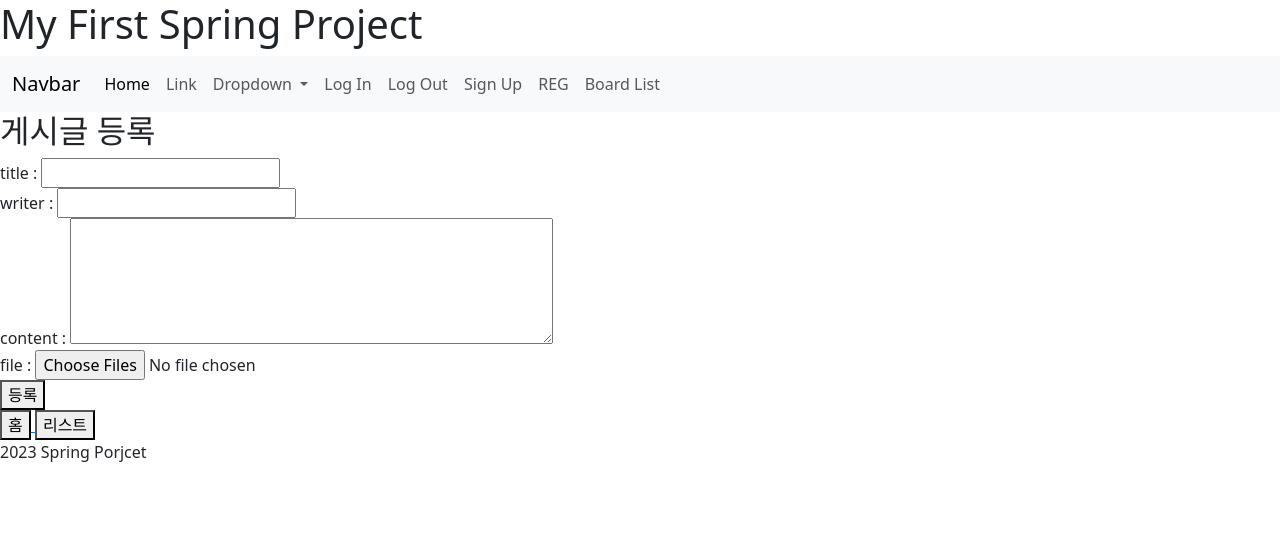
Repository: Leesunghoon1/ezenSpring
Page: http://localhost/spring-Test/WEB-INF/views/board/register.jsp
These files come from the project's save history. The page is drawn as it stood at one moment and after the next save; the edit follows.
The browser window is 1280 px wide. The pictures show the whole page.
The page is served by Tomcat 9. Nobody is signed in. Other server files are loaded and not shown. The template is opened directly, without the code that normally fills it, so the values that code supplies are empty.

Above is the page before, as saved 2023-10-12 07:54:09.

### spring-Test/src/main/webapp/WEB-INF/views/board/register.jsp
<%@ page language="java" contentType="text/html; charset=UTF-8"
    pageEncoding="UTF-8"%>
    <%@ taglib uri="http://java.sun.com/jsp/jstl/core" prefix="c" %>
<!DOCTYPE html>
<html>
<head>
<meta charset="UTF-8">
<title>Insert title here</title>
</head>
<body>
<jsp:include page="../layout/header.jsp"></jsp:include>
<h2> 게시글 등록 </h2>
<!-- mapping 상태는 get / post 가 별도의 mapping을 가짐  -->
<form action="/board/register" method="post">
	title : <input type="text" name="title"><br>
	writer : <input type="text" name="writer" value="${ses.id }" readonly="readonly"><br>
	content : <textarea rows="5" cols="50" name="content"></textarea><br>
	file : <input type="file" id="file" name="files" multiple="multiple"><br> <!-- multiple="multiple" 한번에 여러 파일을 업로드 가능하게 만들어줌 -->
	<button type="submit">등록</button>
</form>

<a href="/">
	<button type="button">홈</button>
</a>
<a href="/board/list">
	<button type="button">리스트</button>
</a>

<jsp:include page="../layout/footer.jsp"></jsp:include>
</body>
</html>

### spring-Test/src/main/webapp/WEB-INF/views/layout/header.jsp
<%@ page language="java" contentType="text/html; charset=UTF-8"
    pageEncoding="UTF-8"%>
    <%@ taglib uri="http://java.sun.com/jsp/jstl/core" prefix="c" %>
<!DOCTYPE html>
<html>
<head>
<meta charset="UTF-8">
<title>Insert title here</title>
<link href="https://cdn.jsdelivr.net/npm/bootstrap@5.3.1/dist/css/bootstrap.min.css" rel="stylesheet" integrity="sha384-4bw+/aepP/YC94hEpVNVgiZdgIC5+VKNBQNGCHeKRQN+PtmoHDEXuppvnDJzQIu9" crossorigin="anonymous">
<script src="https://cdn.jsdelivr.net/npm/bootstrap@5.3.1/dist/js/bootstrap.bundle.min.js" integrity="sha384-HwwvtgBNo3bZJJLYd8oVXjrBZt8cqVSpeBNS5n7C8IVInixGAoxmnlMuBnhbgrkm" crossorigin="anonymous"></script>
</head>
<body>
<h1> My First Spring Project </h1>

<nav class="navbar navbar-expand-lg bg-body-tertiary">
  <div class="container-fluid">
    <a class="navbar-brand" href="#">Navbar</a>
    <button class="navbar-toggler" type="button" data-bs-toggle="collapse" data-bs-target="#navbarSupportedContent" aria-controls="navbarSupportedContent" aria-expanded="false" aria-label="Toggle navigation">
      <span class="navbar-toggler-icon"></span>
    </button>
    <div class="collapse navbar-collapse" id="navbarSupportedContent">
      <ul class="navbar-nav me-auto mb-2 mb-lg-0">
        <li class="nav-item">
          <a class="nav-link active" aria-current="page" href="#">Home</a>
        </li>
        <li class="nav-item">
          <a class="nav-link" href="#">Link</a>
        </li>
        <li class="nav-item dropdown">
          <a class="nav-link dropdown-toggle" href="#" role="button" data-bs-toggle="dropdown" aria-expanded="false">
            Dropdown
          </a>
          <ul class="dropdown-menu">
            <li><a class="dropdown-item" href="#">Action</a></li>
            <li><a class="dropdown-item" href="#">Another action</a></li>
            <li><hr class="dropdown-divider"></li>
            <li><a class="dropdown-item" href="#">Something else here</a></li>
          </ul>
        </li>

        <c:if test="${ses eq null }">
        <li class="nav-item">
          <a class="nav-link" href="/member/login">Log In</a>
        </li>
        </c:if>
                <li class="nav-item">
          <a class="nav-link" href="/member/logout">Log Out</a>
        </li>
                <li class="nav-item">
          <a class="nav-link" href="/member/signup">Sign Up</a>
        </li>
                <li class="nav-item">
          <a class="nav-link" href="/board/register">REG</a>
        </li>
                <li class="nav-item">
          <a class="nav-link" href="/board/list">Board List</a>
        </li>

         <c:if test="${ses ne null }">
			<li>
			 <a class="nav-link" href="/member/modify">
			ID : ${ses.id }님 로그인이 되었습니다.
			Email : ${ses.email }
			</a>
		</li>
		</c:if>
      </ul>


<!--       <form class="d-flex" role="search">
        <input class="form-control me-2" type="search" placeholder="Search" aria-label="Search">
        <button class="btn btn-outline-success" type="submit">Search</button>
      </form> -->
    </div>
  </div>
</nav>

### spring-Test/src/main/webapp/WEB-INF/views/layout/footer.jsp
<%@ page language="java" contentType="text/html; charset=UTF-8"
    pageEncoding="UTF-8"%>

<div>
2023 Spring Porjcet
</div>
</body>
</html>

After the next save:
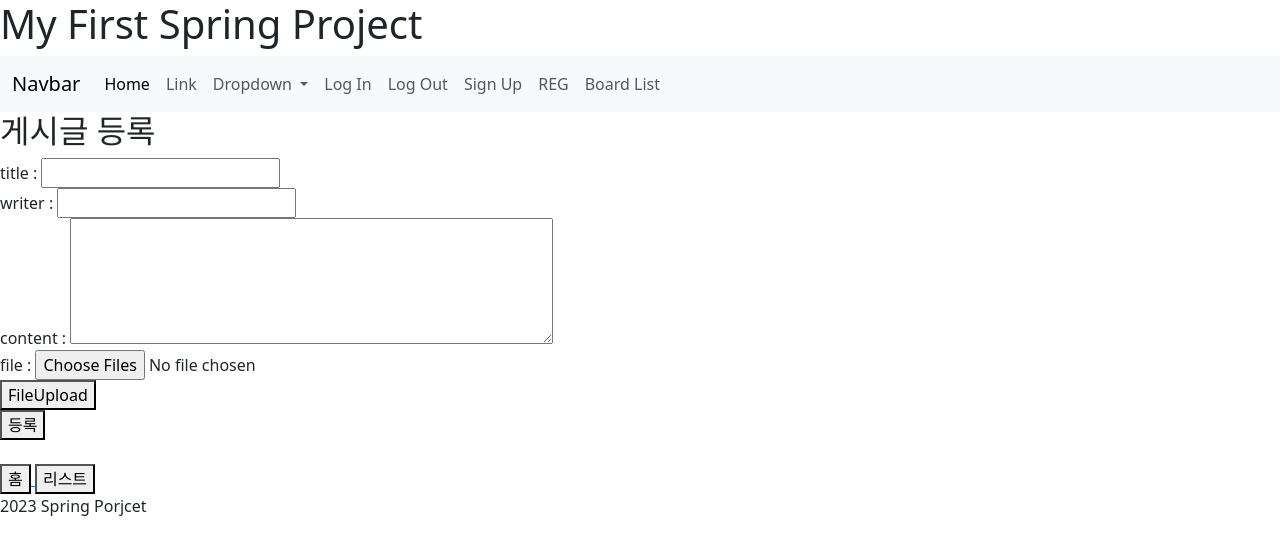
Saved 81 s later.
--- a/spring-Test/src/main/webapp/WEB-INF/views/board/register.jsp
+++ b/spring-Test/src/main/webapp/WEB-INF/views/board/register.jsp
@@ -16,9 +16,10 @@
 	writer : <input type="text" name="writer" value="${ses.id }" readonly="readonly"><br>
 	content : <textarea rows="5" cols="50" name="content"></textarea><br>
 	file : <input type="file" id="file" name="files" multiple="multiple"><br> <!-- multiple="multiple" 한번에 여러 파일을 업로드 가능하게 만들어줌 -->
+	<button>FileUpload</button><br>
 	<button type="submit">등록</button>
 </form>
-
+<br>
 <a href="/">
 	<button type="button">홈</button>
 </a>
